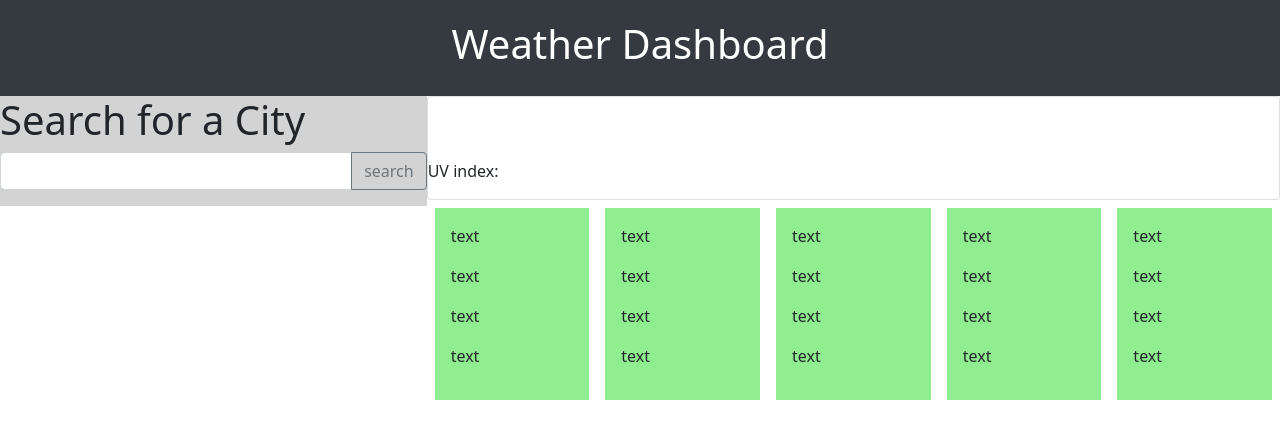
Repository: ziffoit/Weather_Dashboard
Page: index.html
An editor plug-in stored every save of this project. The page is shown before and after the next save, followed by the edit.
The browser window is 1280 px wide. The pictures show the whole page.

Above is the page before, as saved 2021-03-27 16:08:17.
Console error: SyntaxError: Unexpected identifier 'name'

### index.html
<!DOCTYPE html>
<html lang="en">
  <head>
    <meta charset="UTF-8" />
    <meta name="viewport" content="width=device-width, initial-scale=1.0" />
    <link
      href="https://cdn.jsdelivr.net/npm/bootstrap@5.0.0-beta3/dist/css/bootstrap.min.css"
      rel="stylesheet"
      integrity="sha384-eOJMYsd53ii+scO/bJGFsiCZc+5NDVN2yr8+0RDqr0Ql0h+rP48ckxlpbzKgwra6"
      crossorigin="anonymous"
    />
    <link rel="stylesheet" href="./Assets/style.css" />
    <title>Document</title>
  </head>
  <body>
    <header id="header">
      <h1>Weather Dashboard</h1>
    </header>
    <aside class="col-md-4">
      <h1>Search for a City</h1>
      <div class="input-group mb-3">
        <input type="text" class="form-control" id="cityName" />
        <button class="btn btn-outline-secondary" id="search">search</button>
      </div>
      <div></div>
    </aside>
    <section class="col-lg-8" id="main">
      <div class="card">
        <h2>
          <span id="nameDate"></span>
          <img id="weatherIcon" />
        </h2>
        <div class="">
          <p id="temp"></p>
          <p id="humidity"></p>
          <p id="windSpeed"></p>
          <p>
            UV index:
            <span id="uv"></span>
          </p>
        </div>
      </div>
      <section class="row-col-5 d-flex flex-row">
        <div class="card-body">
          <p>text</p>
          <p>text</p>
          <p>text</p>
          <p>text</p>
        </div>
        <div class="card-body">
          <p>text</p>
          <p>text</p>
          <p>text</p>
          <p>text</p>
        </div>
        <div class="card-body">
          <p>text</p>
          <p>text</p>
          <p>text</p>
          <p>text</p>
        </div>
        <div class="card-body">
          <p>text</p>
          <p>text</p>
          <p>text</p>
          <p>text</p>
        </div>
        <div class="card-body">
          <p>text</p>
          <p>text</p>
          <p>text</p>
          <p>text</p>
        </div>
      </section>
    </section>
    <script src="https://code.jquery.com/jquery-3.6.0.min.js"></script>
    <script src="./Assets/script.js"></script>
  </body>
</html>

### Assets/style.css
#header {
  text-align: center;
  background-color: #343a40;
  padding: 20px;
}

header > h1 {
  color: white;
}

aside {
  background-color: lightgray;
  float: left;
}

#main {
  float: right;
}

.card-body {
  background-color: lightgreen;
  margin: 8px;
}

### Assets/script.js
var apiKey = "665b0a1eacab2f0c5a8cae8e0d5d8de0"

$("#search").on("click", function() {
    var cityName = $("#cityName").val()
    console.log(cityName)
    todaysWeather(cityName)
})

function todaysWeather(cityName) {
    console.log(cityName)
    //  `${var}` instead of + for concat
    fetch(`http://api.openweathermap.org/data/2.5/weather?q=${cityName}&appid=${apiKey}&units=imperial`)
    .then(function(response) {
        return response.json()
    })
    .then(function(data) {
        console.log(data)
        var nameDate = $("#nameDate")
        // adding date in javascript
        nameDate.append(`${data.name} ${new Date().toLocaleDateString()}`)
        var temp = $("#temp")
        temp.append(`Temperature: ${data.main.temp.toString().slice(0,2)}°F`)
        var humidity = $("#humidity")
        humidity.append(`Humidity: ${data.main.humidity}%`)
        var windSpeed = $("#windSpeed")
        windSpeed.append(`Wind Speed: ${data.wind.speed.toString().slice(0,3)}`)
    })
}
// 5 day forcast
api.openweathermap.org/data/2.5/forecast?q={city name}&appid={API key}

After the next save:
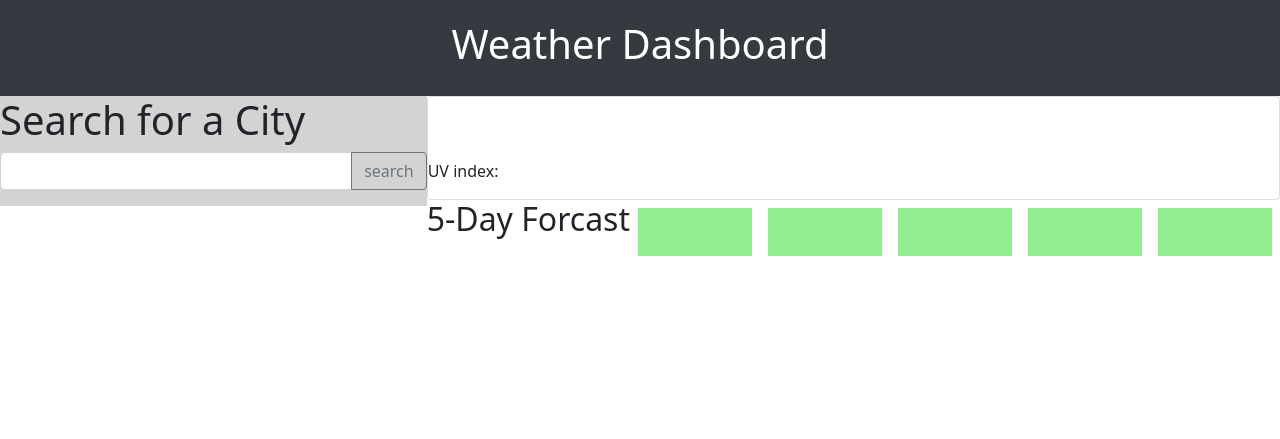
Saved 20 min 35 s later.
--- a/index.html
+++ b/index.html
@@ -41,35 +41,36 @@
         </div>
       </div>
       <section class="row-col-5 d-flex flex-row">
+        <h2>5-Day Forcast</h2>
         <div class="card-body">
-          <p>text</p>
-          <p>text</p>
-          <p>text</p>
-          <p>text</p>
+          <p class="date"></p>
+          <p class="icon"></p>
+          <p class="temp"></p>
+          <p class="humidity"></p>
         </div>
         <div class="card-body">
-          <p>text</p>
-          <p>text</p>
-          <p>text</p>
-          <p>text</p>
+          <p class="date"></p>
+          <p class="icon"></p>
+          <p class="temp"></p>
+          <p class="humidity"></p>
         </div>
         <div class="card-body">
-          <p>text</p>
-          <p>text</p>
-          <p>text</p>
-          <p>text</p>
+          <p class="date"></p>
+          <p class="icon"></p>
+          <p class="temp"></p>
+          <p class="humidity"></p>
         </div>
         <div class="card-body">
-          <p>text</p>
-          <p>text</p>
-          <p>text</p>
-          <p>text</p>
+          <p class="date"></p>
+          <p class="icon"></p>
+          <p class="temp"></p>
+          <p class="humidity"></p>
         </div>
         <div class="card-body">
-          <p>text</p>
-          <p>text</p>
-          <p>text</p>
-          <p>text</p>
+          <p class="date"></p>
+          <p class="icon"></p>
+          <p class="temp"></p>
+          <p class="humidity"></p>
         </div>
       </section>
     </section>
